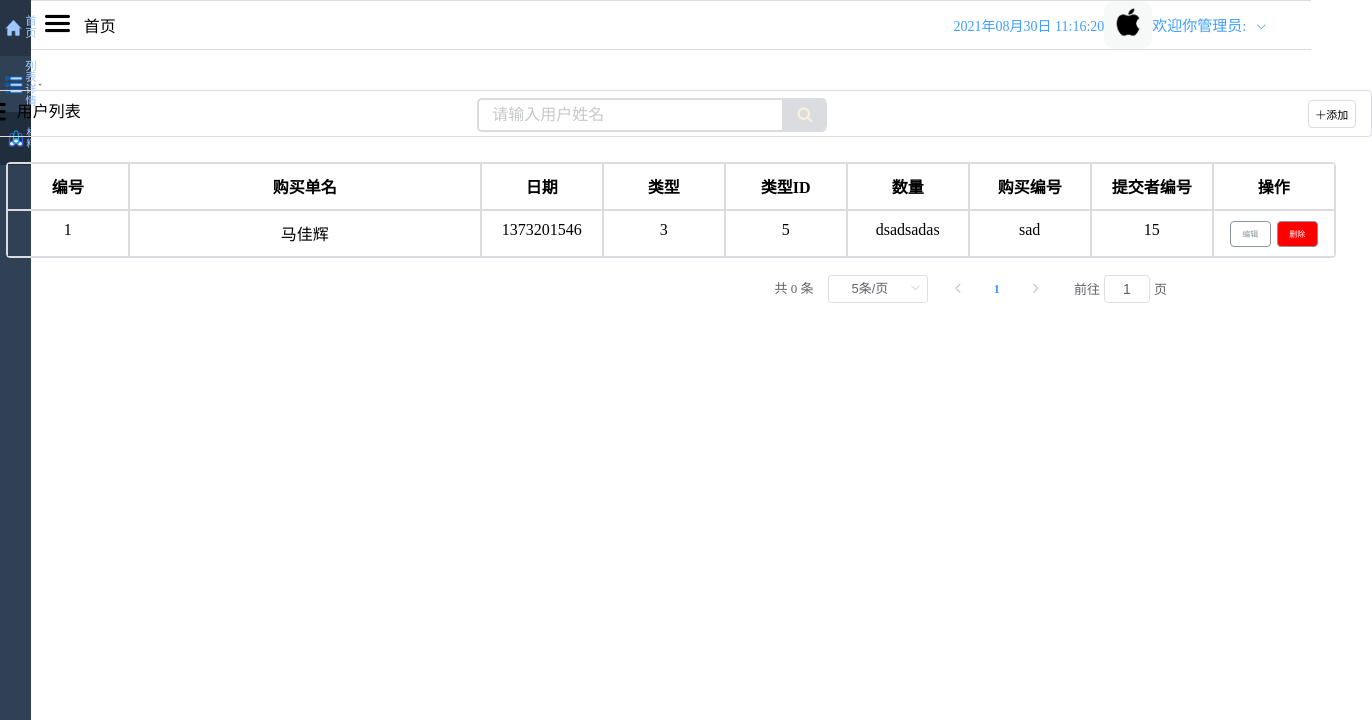
Repository: 572031690/fwwb-proj
Page: /home/buy
The author's editor kept a copy of each file at every save. The page is drawn from the files as they stood at one save, then again after the next save.
The browser window is 1280 px wide. The page is 1372 px wide, so the pictures cover 1372 px, including what lies to the right of the window. The pictures show the whole page.
The page's requests for data from a server got no answer. The project was rebuilt for these pictures with package versions that can differ from the ones it lists, and the page was loaded fresh each time. No one was signed in, and anything a server would have sent is missing. Also part of the build but not shown: vue.config.js, src/assets/data/echarts.js, src/components/home-wel/MapChina.vue, src/components/home-wel/leftchart/piechart.vue, src/components/home-wel/leftchart/rankchart.vue, src/components/home-wel/rightchart/linechart.vue, src/components/home-wel/rightchart/totalchart.vue, src/components/Adddata.vue and 8 more.

Above is the page before, as saved 2021-09-10 15:20:31.

### public/index.html
<!DOCTYPE html>
<html lang="">
  <head>
    <meta charset="utf-8">
    <meta name="viewport" content="width=device-width,initial-scale=1.0">
    <link rel="icon" href="<%= BASE_URL %>favicon.ico">
    <title><%= htmlWebpackPlugin.options.title %></title>
    <!-- 配置jquery -->
    <!-- <script src="http://ajax.googleapis.com/ajax/libs/jquery/1.8.0/jquery.min.js"></script> -->
     <!-- 百度的适口 -->
     <meta name="viewport" content="width=device-width,minimum-scale=1.0,maximum-scale=1.0,user-scalable=no">
     <!-- 搜索框 -->
     <meta http-equiv="X-UA-Compatible" content="IE=edge">
    <meta name="viewport" content="width=device-width, initial-scale=1.0">
    <link href="http://cdn.bootcss.com/font-awesome/4.7.0/css/font-awesome.min.css" rel="stylesheet">
  </head>
  <body>
    <noscript>
      <strong>We're sorry but <%= htmlWebpackPlugin.options.title %> doesn't work properly without JavaScript enabled. Please enable it to continue.</strong>
    </noscript>
    <div id="app"></div>
    <!-- built files will be auto injected -->
  </body>
</html>

### src/App.vue
<template>
  <div id="app">
    <!-- <v-login></v-login> -->
    <router-view></router-view>
  </div>
</template>

<script>
export default {
  data () {
    return {}
  },
  methods: {},
  components: {},
  mounted () {
    // this.$router.push({ path: 'login' }) // 页面跳转
  }
}
</script>

<style></style>

### src/assets/CSS/basic.css
a {
        text-decoration: none;
}

* {
        padding: 0;
        margin: 0;
}

html, body {
        height: 100%;
}

### src/view/Home.vue
<template>
  <div id="Home" ref="gobacklogin">
    <div :class="{ leftNavigation: navshow, leftNavigationChange: !navshow }">
      <div v-for="(item,index) in routerList" v-show="item.showtab" :key="index">
        <div @click="judgeType(item)" class="navhome">
          <img :src="item.imgSrc" class="navhome-img" />
          <span class="spans1" :ref="item.ref">{{ item.label }}</span>
          <img
            v-if="item.type === 'tips'"
            :src="item.imgtips"
            class="arrow"
            ref="arrow"
          />
        </div>
        <!-- 子列表 -->
        <div
          class="navhome-box"
          ref="navhomebox"
          v-if="item.childrenList.length"
          v-show="item.showtab"
        >
          <transition name="navhom">
            <div class="navhome-son" v-show="navSonShow">
              <div
                @click="goToRouter(item)"
                v-for="(item, index) in item.childrenList"
                :key="index"
                 v-show="item.showtab"
              >
                <div class="namehome-son1">
                  <img :src="item.imgSrc" class="navson-img" />
                  <span :ref="item.ref">{{ item.label }}</span>
                </div>
              </div>
            </div>
          </transition>
        </div>
      </div>
    </div>

    <div class="rightNavigation">
      <div class="rightnav-top">
        <div class="rightnav-topimg">
          <img
            src="../assets/img/heng.png"
            class="rightnav-topimghome"
            ref="rightnavtopimghome"
            @click="changehomeimg()"
          />
        </div>

        <span>首页</span>

        <div class="topright">
          <span class="top-time">{{ nowTime }}</span>
          <!-- 苹果图标 -->
          <img src="../assets/img/timg.jpg" class="timg" />
          <!-- 退出下拉框 -->
          <el-dropdown @command="gobacklogin" class="elsign-out">
            <span class="el-dropdown-link">
              欢迎你管理员: <span class="adminname">{{ adminname }} </span
              ><i class="el-icon-arrow-down el-icon--right"></i>
            </span>
            <el-dropdown-menu slot="dropdown">
              <el-dropdown-item command="a">退出登陆</el-dropdown-item>
            </el-dropdown-menu>
          </el-dropdown>
        </div>
      </div>
      <div class="rightbody">
        <router-view></router-view>
      </div>
    </div>
  </div>
</template>

<script>
// 引入jquery
// import $ from 'jquery'
// 引入搜索框
// import EditData from '../unusercom/EditData.vue'
import { routerList } from '../assets/data/homeRouter'
export default {
  data () {
    return {
      nowTime: '',
      thistime: '',
      key: 90,
      arrowflag: true,
      imghomeflag: true,
      adminname: '',
      departmentID: '',
      navshow: true,
      navSonShow: true,
      lastTime: 0, // 默认上一次点击时间为0
      admin: true,
      routerChioce: 1,
      routerList
    }
  },
  methods: {
    // 旋转子列箭头
    changearrow () {
      this.navSonShow = !this.navSonShow
      if (this.arrowflag) {
        this.$refs.arrow[0].style.transform = 'rotate(270deg)'
        this.arrowflag = !this.arrowflag
      } else {
        this.$refs.arrow[0].style.transform = 'rotate(90deg)'
        this.arrowflag = !this.arrowflag
      }
    },
    // 右边栏三条杠点击事件
    changehomeimg () {
      // 动画class绑定
      this.navshow = !this.navshow
      let status = 'none'
      let rotate = 'rotate(90deg)'
      let times = 0
      // 首页旁边三条杠图标旋转和文字消失
      if (this.imghomeflag) {
        status = 'none'
        rotate = 'rotate(90deg)'
        times = 0
      } else {
        status = 'block'
        rotate = 'rotate(0deg)'
        times = 700
      }
      this.$refs.rightnavtopimghome.style.transform = rotate
      this.imghomeflag = !this.imghomeflag
      const me = this
      setTimeout(function () {
        me.routerList.forEach(item => {
          me.$refs[item.ref][0].style.display = status
          if (item.childrenList.length) {
            item.childrenList.forEach(val => {
              me.$refs[val.ref][0].style.display = status
            })
          }
        })
        me.$refs.arrow[0].style.display = status
      }, times)
    },
    // 开始动画文字出现延迟
    changehomeimgCreate () {
      this.changehomeimg()
      this.changehomeimg()
    },

    // 退出登陆方法
    gobacklogin (command) {
      this.$confirm('是否退出登陆', '提示', {
        confirmButtonText: '确定',
        cancelButtonText: '取消',
        type: 'warning'
      }).then(() => {
        sessionStorage.clear() // 删除所有数据
        this.$router.push({ name: 'login' }) // 直接跳转
        this.$message({
          type: 'success',
          message: '退出登陆成功!'
        })
      })
    },
    // 显示当前时间（年月日时分秒）
    timeFormate (timeStamp) {
      const year = new Date(timeStamp).getFullYear()
      const month =
        new Date(timeStamp).getMonth() + 1 < 10
          ? '0' + (new Date(timeStamp).getMonth() + 1)
          : new Date(timeStamp).getMonth() + 1
      const date =
        new Date(timeStamp).getDate() < 10
          ? '0' + new Date(timeStamp).getDate()
          : new Date(timeStamp).getDate()
      const hh =
        new Date(timeStamp).getHours() < 10
          ? '0' + new Date(timeStamp).getHours()
          : new Date(timeStamp).getHours()
      const mm =
        new Date(timeStamp).getMinutes() < 10
          ? '0' + new Date(timeStamp).getMinutes()
          : new Date(timeStamp).getMinutes()
      const ss =
        new Date(timeStamp).getSeconds() < 10
          ? '0' + new Date(timeStamp).getSeconds()
          : new Date(timeStamp).getSeconds()
      this.nowTime =
        year +
        '年' +
        month +
        '月' +
        date +
        '日' +
        ' ' +
        hh +
        ':' +
        mm +
        ':' +
        ss
      // console.log(this.nowTime)
    },
    nowTimes () {
      const that = this
      this.thistime = setInterval(function () {
        that.timeFormate(new Date())
      }, 1000)
    },
    clearTime () {
      clearInterval(this.thistime)
    },
    getAdminType () {
      this.routerList[2].showtab = false
      this.routerList[3].showtab = false

      if (this.departmentID === '10000' || this.departmentID === '10001') { // 最大管理管 // 审批管理员
        this.routerList[2].showtab = true
        this.routerList[3].showtab = true
      } else if (this.departmentID === '10010') { // 需求部门
        this.routerList[1].childrenList[0].showtab = true
        this.routerList[1].childrenList[1].showtab = false
      } else if (this.departmentID === '10020') { // 购买部门
        this.routerList[1].childrenList[0].showtab = false
        this.routerList[1].childrenList[1].showtab = true
      } else {
        this.routerList[1].showtab = true
      }
    },
    judgeType (val) {
      if (val.type === 'tips') this.changearrow()
      if (val.type === 'router') this.goToRouter(val)
    },
    goToRouter (val) {
      if (!val.disabled) {
        this.$router.push({ path: val.path })
      } // 页面跳转
    }
  },
  mounted () {
    this.changehomeimgCreate()
    this.nowTimes()
    // 实现左边子栏的缓慢消失
    // $(document).ready(function(){
    // $("#listlep").click(function(){
    //     $(".navhome-son").slideToggle(500);
    //   });
    // });

    // //实现左边nav栏的缩小
    // $(document).ready(function(){
    // $('.rightnav-topimghome').click(function(){
    //     if($('.right-navigation').css("margin-left")=="180px"){
    //         $('.right-navigation').animate({
    //         'margin-left':'50px'
    //     },700);
    // }else{
    // $('.right-navigation').animate({
    //     'margin-left':'180px'
    //     },700);
    // }
    // });
    // });

    // $(document).ready(function(){
    // $('.rightnav-topimghome').click(function(){
    //     if($('.left-navigation').css("width")!="50px"){
    //         $('.left-navigation').animate({
    //         width:'50px'
    //     },700);
    // }else{
    // $('.left-navigation').animate({
    //     width:'180px'
    //     },700);
    // }
    // });
    // });

    this.adminname = window.sessionStorage.getItem('storeData') // 获取浏览器缓存值
    this.departmentID = window.sessionStorage.getItem('sData')
    this.getAdminType()
  },
  beforeDestroy () {
    this.clearTime()
  }
}
</script>
<style>
/* @import url("../assets/CSS/约束缩放.css"); */
</style>
<style lang="less" scoped>
#Home {
  height: 100%;
  width: 100%;
  background-color: white;
  display: flex;
  flex-direction: row;
}
.leftNavigation {
  /* position: fixed; */
  display: inline-block;
  width: 10%;
  background-color: #304156;
  height: 100vh;
  /*占满一个屏幕的高度 */
  animation: navlong 0.7s;
}
.leftNavigationChange {
  /* position: fixed; */
  width: 2.6%;
  background-color: #304156;
  height: 100vh;
  /*占满一个屏幕的高度 */
  animation: navshort 0.7s;
}
@keyframes navlong {
  0% {
    width: 2.6%;
  }
  100% {
    width: 10%;
  }
}

@keyframes navshort {
  0% {
    width: 10%;
  }
  100% {
    width: 2.6%;
  }
}
.leftNavigation {
    a {
      text-decoration: none;
    }
}

.navhome {
  display: flex;
  flex-direction: row;
  /*水平排布*/
  align-items: center;
  height: 56px;
  width: 100%;
  background-color: #304156;
  transition: all 0.5s;
  &:hover {
    background-color: #263445;
    cursor: pointer;
  }
  span {
    display: none;
    font-size: 0.9vw;
    line-height: 0.9vw;
    color: #9fc6ff;
  }
}
.navhome-img {
  /* -webkit-transform:rotate(90deg); */
  width: 1.5vw;
  margin: 0 7%;
  margin-left: 13%;
  color: #409eff;
}
.arrow {
  display: none;
  margin-left: 5%;
  width: 15%;
  transition: all 0.5s;
  transform: rotate(90deg);
}
.navhom-enter-active {
  transition: all 0.5s;
}
.navhom-leave-active {
  transition: all 0.5s;
}
.navhom-enter {
  height: 0;
}
.navhom-leave-to {
  height: 0;
}
.navhom-enter-to {
  height: 159px;
}
.navhom-leave {
  height: 159px;
}
.navhome-son {
  cursor: pointer;
  background-color: #1f2d3d;
  overflow: hidden;
  span {
    display: none;
    font-size: 0.8vw;
    line-height: 0.8vw;
    color: #9fc6ff;
    margin-left: 6%;
  }
}
.namehome-son1 {
  display: flex;
  flex-direction: row;
  /*水平排布*/
  align-items: center;
  transition: all 1.5s;
  width: 100%;
  height: 53px;
  &:hover {
    background-color: #001121;
  }
}
.navson-img {
  width: 1.3vw;
  margin-left: 25%;
  color: #409eff;
}
.rightNavigation {
  display: inline-block;
  width: 100%;
  height: 100vh;
  /*占满一个屏幕的高度 */
  box-sizing: border-box;
  /* margin-left: 180px; */
  /* animation: rightNavlong 0.7s; */
}
/* .rightNavigations { */
/* display: inline-block; */
/* width: 100%; */
/* height: 100vh; 占满一个屏幕的高度 */
/* box-sizing: border-box; */
/* margin-left: 50px; */
/* animation: rightNavshort 0.7s; */
/* } */
/* @keyframes rightNavlong {
  0% {
    margin-left: 50px;
  }
  100% {
    margin-left: 180px;
  }
}
@keyframes rightNavshort {
  0% {
    margin-left: 180px;
  }
  100% {
    margin-left: 50px;
  }
} */
.rightnav-top {
  width: 100%;
  height: 48px;
  display: flex;
  flex-direction: row;
  border-bottom: 1px solid #dadce0;
  border-top: 1px solid #dadce0;
  span {
    padding-top: 12px;
    /* margin-left: 10px; */
  }
}
.rightnav-topimg {
  padding: 0 14px;
  height: 50px;
}
.rightnav-topimghome {
  cursor: pointer;
  margin-top: 10px;
  height: 25px;
  transition: all 0.4s;
}
.top-time {
  color: #409eff;
  font-size: 14px;
  margin-top: 2px;
}
.topright {
  float: right;
  right: 1%;
  position: absolute;
  display: flex;
}
.timg {
  height: 48px;
  cursor: pointer;
  border-radius: 10px;
}
.weltop {
  font-size: 14px;
}
#eldown {
  margin-top: 1px;
  font-size: 20px;
}
.elsign-out {
  padding-top: 13px;
}
.el-dropdown-link {
  cursor: pointer;
  color: #409eff;
  font-size: 15px;
}
.el-icon-arrow-down {
  font-size: 12px;
}
.adminname {
  color: black;
  font-size: 15px;
}
.rightbody {
  height: calc(100% - 50px);
}

</style>

### src/components/addDataDialog.vue
<template>
  <div>
    <!-- 添加模板 -->
    <el-dialog
      :title="dialogData.dialogType==='add'?'添加数据':'修改数据'"
      :visible.sync="dialogFormVisibleadd"
      :modal-append-to-body="false"
      :close-on-click-modal="false"
      :show-close="false"
      top="12vh"
      center
      width="35%"
    >
      <el-form
        :model="dialogData.formList"
        :rules="rulesData"
        ref="form"
        label-width="120px"
        class="demo-ruleForm"
      >
        <el-form-item
          v-for="(item, index) in dialogData.dataTableList"
          :key="index"
          :label="item.label"
          :prop="item.dataName"
        >
          <el-input
            v-model="dialogData.formList[item.dataName]"
            style="width:400px"
            v-if="item.putType === 'input'"
          ></el-input>

          <el-date-picker
            v-model="dialogData.formList[item.dataName]"
            type="date"
            style="width: 150px;"
            v-if="item.putType === 'date'"
            placeholder="选择日期">
          </el-date-picker>

            <el-select
              v-model.number="dialogData.formList[item.dataName]"
              placeholder="请选择类型"
              v-if="item.putType === 'select'"
            >
              <el-option
                :label="dat"
                :value="dat"
                v-for="(dat, key) in item.selectData"
                :key="key"
              ></el-option>
            </el-select>

          <el-input-number
            v-model="dialogData.formList[item.dataName]"
            :step="50"
            :min="50"
            :max="999999999"
            label="描述文字"
            v-if="item.putType === 'num'"
          ></el-input-number>

          <el-input
            type="age"
            v-model.number="dialogData.formList[item.dataName]"
            style="width:400px"
            v-if="item.putType === 'numput'"
          ></el-input>

          <el-input
            type="age"
            auto-complete="off"
            style="width:400px"
            v-model.number="dialogData.formList[item.dataName]"
            disabled
            v-if="item.putType === 'disput'"
          ></el-input>

          <el-input
            type="textarea"
            v-model.number="dialogData.formList[item.dataName]"
            auto-complete="off"
            style="width: 400px"
            v-if="item.putType === 'textarea'"
          ></el-input>
        </el-form-item>
      </el-form>
      <div slot="footer" class="dialog-footer">
        <el-button @click="dialogFormVisibleadd = false">取 消</el-button>
        <el-button type="primary" @click="submitForm('form')">{{dialogData.dialogType==='add'?'添 加':'修 改'}}</el-button>
      </div>
    </el-dialog>
  </div>
</template>

<script>
/* post请求
类型 putType： textarea disput numput num select date input
*/
import { rulesData } from '../assets/data/rules'
export default {
  props: {
    dialogData: Object
  },
  data () {
    return {
      rulesData,
      dialogFormVisibleadd: false
    }
  },
  methods: {
    submitForm (formName) {
      this.flag = true

      this.$refs[formName].validate(valid => {
        if (valid) {
          this.$confirm('是否确定保存并添加此条数据?', '提示', {
            confirmButtonText: '确定',
            cancelButtonText: '取消',
            type: 'warning'
          }).then(() => {
            this.adddata()
          })
        } else {
          console.log('error submit!!')
          return false
        }
      })
    },
    async adddata () {
      var data = {}
      for (const i in this.dialogData.formList) {
        data[i] = this.dialogData.formList[i]
      }
      console.log(data, 'datadatadata')
      // $ajax请求
      const url = this.dialogData.url
      await this.$ajax.post(url, data, {}).then(res => {
        const { data } = res
        if (data.code === '101') {
          this.$message({
            type: 'success',
            message: this.dialogData.dialogType === 'add' ? '添加成功!' : '修改成功'
          })
          this.$emit('updata')
          this.dialogFormVisibleadd = false
        } else {
          this.$message.error(this.dialogData.dialogType === 'add' ? '错了哦，添加失败' : '错了哦，修改失败')
        }
      }).catch(() => {
        this.$message({
          type: 'error',
          message: '网络异常'
        })
      })
    }
  }
}
</script>

<style></style>

Loaded but not shown: src/plugins/element.js (common file); src/assets/data/rules.js (77 lines, source omitted); src/router/index.js (69 lines, source omitted); src/assets/data/homeRouter.js (75 lines, source omitted); src/main.js (34 lines, source omitted); src/store/index.js (26 lines, source omitted); src/view/home/Buy.vue (565 lines, source omitted); src/view/Login.vue (453 lines, source omitted); src/view/home/HomeWel.vue (273 lines, source omitted)

After the next save:
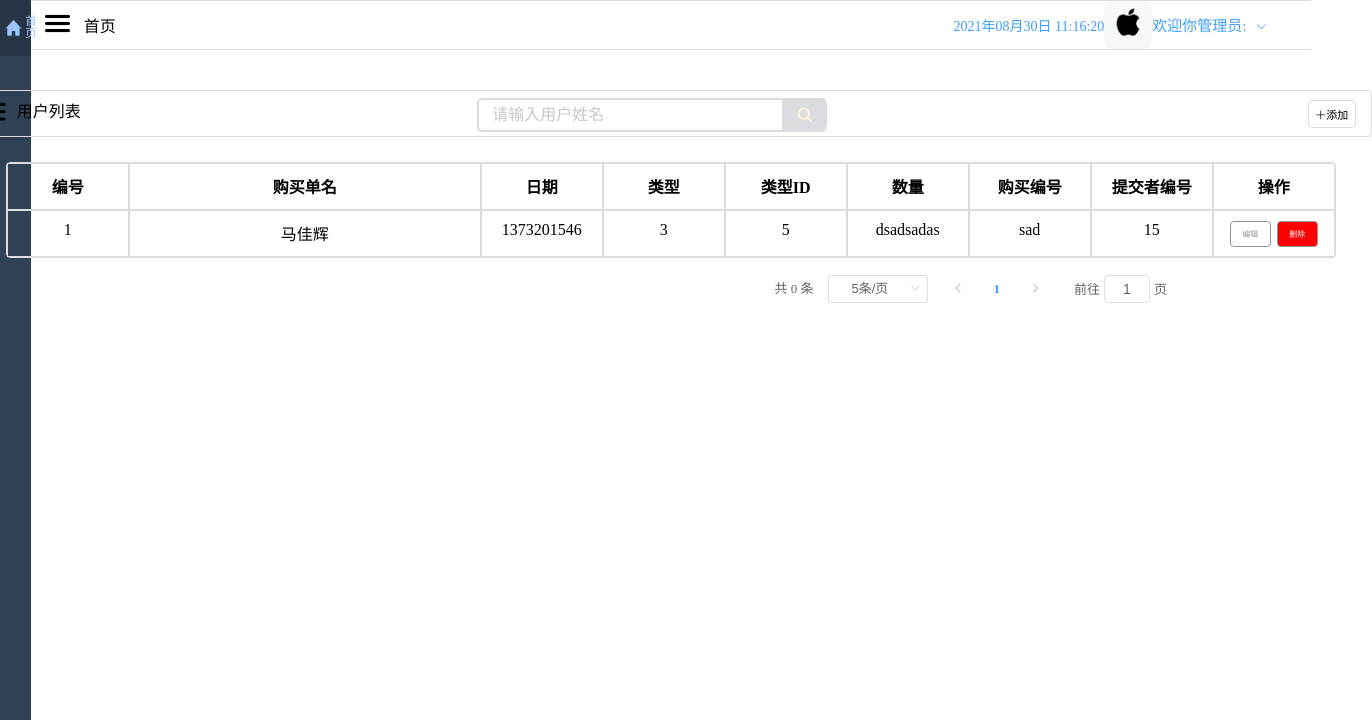
Saved 8 s later.
--- a/src/view/Home.vue
+++ b/src/view/Home.vue
@@ -224,7 +224,7 @@ export default {
         this.routerList[1].childrenList[0].showtab = false
         this.routerList[1].childrenList[1].showtab = true
       } else {
-        this.routerList[1].showtab = true
+        this.routerList[1].showtab = false
       }
     },
     judgeType (val) {
